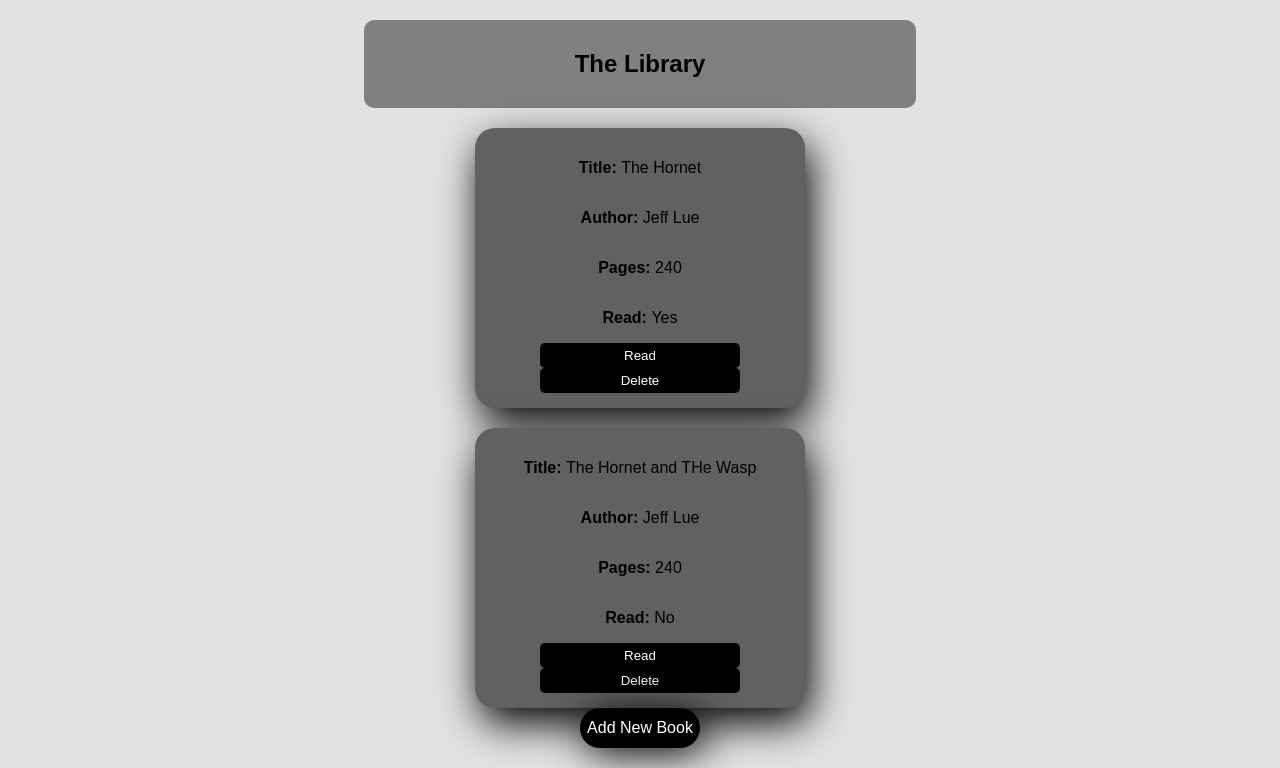
Repository: ErvinClay13/Library
Page: index.html
These files come from the project's save history. The page is drawn as it stood at one moment and after the next save; the edit follows.
The browser window is 1280 px wide. The pictures show the whole page.

Above is the page before, as saved 2025-01-11 05:07:36.

### index.html
<!DOCTYPE html>
<html lang="en">
<head>
    <meta charset="UTF-8">
    <meta name="viewport" content="width=device-width, initial-scale=1.0">
    <link rel="stylesheet" href="style.css">
    <link
      rel="icon"
      type="image/png"
      sizes="32x32"
      href="images/myLogo.png"
    />
    <title>The Library</title>
</head>
<body>
    <div class="container">
        <div class="heading">
            <h2>The Library</h2>
        </div>

            <div class="content" id="content"></div>

            <dialog id="myDialog">
                <div class="input">
                <form method="dialog" id="form">
                    <label for="title">Title</label>
                    <input type="text"
                           id="title"
                           name="title"
                           required>

                    <label for="author">Author</label>
                    <input type="text"
                           id="author"
                           name="author"
                           required>

                    <label for="pages">Pages</label>
                    <input type="number"
                           id="pages"
                           name="pages"
                           required>

                    <label for="read">Read</label>
                    <input type="checkbox"
                           name="read"
                           id="isRead">

                    <button type="submit" id="submit">Submit</button>
                    <div class="cancel" id="cancel">Cancel</div>


                </form>
            </div>
        </dialog>
        <footer><button id="addBook">Add New Book</button></footer>
    </div>

    <script src="script.js"></script>
</body>
</html>

### style.css
body {
    display: flex;
    justify-content: center;
    align-items: center;
    flex-direction: column;
    /* background-color: white; */
    background-color: rgb(226, 226, 226);
    margin: 0;
    font-family: Arial, sans-serif;
}

.container {
    display: flex;
    flex-direction: column;
    align-items: center;
    padding: 20px;
}

.heading {
    display: flex;
    justify-content: space-between;
    justify-content: center;
    background-color: gray;
    /* background-color: #42669df5; */
    /* box-shadow: 5px 5px 40px #0055d4f5; */
    width: 100%;
    max-width: 800px;
    padding: 10px 20px;
    border-radius: 10px;
    margin-bottom: 20px;
}

#addBook {
    /* background-color: #03409af5; */
    background-color: black;
    box-shadow: 5px 5px 40px black;
    height: 40px;
    width: 120px;
    border-radius: 20px;
    border: none;
    font-size: 16px;
    color: white;
    cursor: pointer;
}

#addBook:hover {
    transform: scale(1.1);
    box-shadow: 2px 5px 40px black;
}

#content {
    display: flex;
    flex-wrap: wrap;
    gap: 20px;
    justify-content: center;
    width: 100%;
}

.card {
    display: flex;
    flex-direction: column;
    justify-content: space-between;
    text-align: center;
    border-radius: 20px;
    padding: 15px;
    /* background-color: #42669df5; */
    background-color: rgb(97, 97, 97);
    width: 100%;
    max-width: 300px;
    /* box-shadow: 5px 15px 40px #0055d4f5; */
    box-shadow: 5px 15px 40px black;
    align-items: center;
}

.card-details {
    margin-bottom: 10px;
}

.read, .delete {
    flex: 1;
    padding: 5px 10px;
    border: none;
    border-radius: 5px;
    color: white;
    background-color: black;
    /* background-color: #03409af5; */
    cursor: pointer;
    width: 200px;
}

.read:hover, .delete:hover {
    background-color: #254a81f5;
}

.read:active, .delete:active {
    background-color: #42669df5;
}

dialog {
    background-color: #fefefe;
    padding: 20px;
    border: none;
    border-radius: 10px;
    box-shadow: 0px 5px 15px rgba(0, 0, 0, 0.5);
}

form {
    display: flex;
    flex-direction: column;
    gap: 10px;
}

input[type="text"], input[type="number"] {
    padding: 5px;
    border-radius: 5px;
    border: 1px solid #ccc;
}

button {
    cursor: pointer;
}

/* Responsive Styles */
@media (max-width: 768px) {
    .heading {
        flex-direction: column;
        align-items: center;
    }

    #content {
        gap: 15px;
    }

    .card {
        max-width: 100%;
    }
}

### script.js
const dialog = document.getElementById('myDialog');
const form = document.getElementById('form');
const content = document.getElementById('content');
const submit = document.getElementById('submit');
const addBook = document.getElementById('addBook');
const cancel = document.getElementById('cancel');

const myLibrary = [];

const theHornet = new Book('The Hornet', 'Jeff Lue', 240, true);
const theHornetAndTheWasp = new Book('The Hornet and THe Wasp', 'Jeff Lue', 240, false);

myLibrary.push(theHornet);
myLibrary.push(theHornetAndTheWasp);


function Book(title, author, pages, read) {
    this.title = title;
    this.author = author;
    this.pages = pages;
    this.read = read;
}

Book.prototype.info = function() {
    return `${this.title} ${this.author} ${this.pages} ${this.read}`;
}


Book.prototype.toggleRead = function() {
    this.read = !this.read;
}



addBook.addEventListener("click", () => {
    dialog.showModal();
});

cancel.addEventListener("click", () => {
    dialog.close();
});

submit.addEventListener("click", (event) => {
    event.preventDefault();

    const title = document.getElementById('title').value;
    const author = document.getElementById('author').value;
    const pages = document.getElementById('pages').value;
    const read = document.getElementById('isRead').checked;

    const newBook = new Book(title, author, pages, read);
    myLibrary.push(newBook);

    form.reset();
    showBooks();
    dialog.close();
});

function showBooks() {

    content.innerHTML = '';

    myLibrary.forEach((book, index) => {                   //going through the array myLibrary
        const card = document.createElement('div');        //creating a new card for each book created through the modal
        card.classList.add('card');                        //adding card to the class

        card.innerHTML =                                      //creating the text that will be displayed on the card
            `<p><strong>Title: </strong>${book.title}</p>
             <p><strong>Author: </strong>${book.author}</p>
             <p><strong>Pages: </strong>${book.pages}</p>
             <p><strong>Read: </strong>${book.read ? 'Yes' : 'No'}</p>`;   //using the user input to create the new book on the card

        const deleteBtn = document.createElement('button');
        deleteBtn.classList.add('delete');
        deleteBtn.textContent = ('Delete');

        deleteBtn.addEventListener("click", () => {
            myLibrary.splice(index, 1);
            showBooks();
        });

        const read = document.createElement('button');
        read.classList.add('read');
        read.textContent = ('Read');

        read.addEventListener("click", () => {
            book.toggleRead();
            showBooks();
        });

        card.appendChild(read);
        card.appendChild(deleteBtn);
        content.appendChild(card);


    })
}

showBooks();

After the next save:
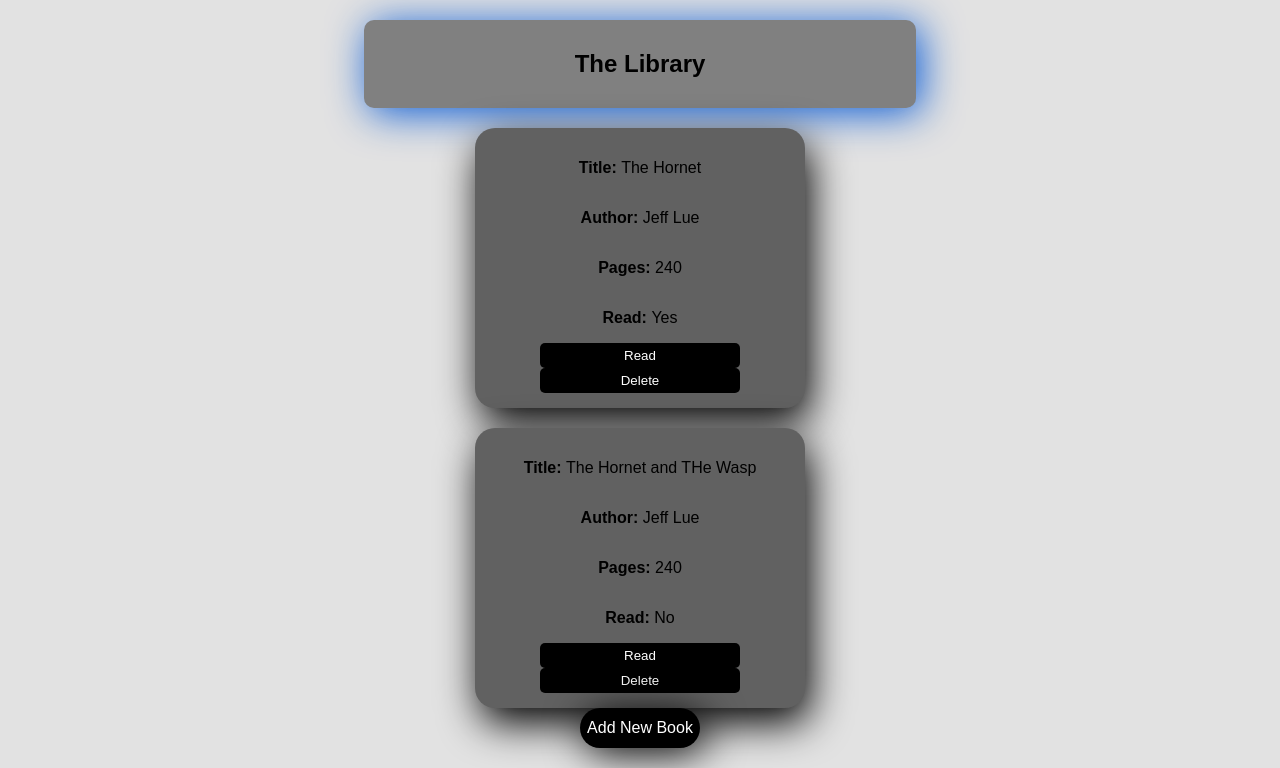
Saved 28 s later.
--- a/style.css
+++ b/style.css
@@ -22,7 +22,7 @@ body {
     justify-content: center;
     background-color: gray;
     /* background-color: #42669df5; */
-    /* box-shadow: 5px 5px 40px #0055d4f5; */
+    box-shadow: 5px 5px 40px #0055d4f5;
     width: 100%;
     max-width: 800px;
     padding: 10px 20px;
